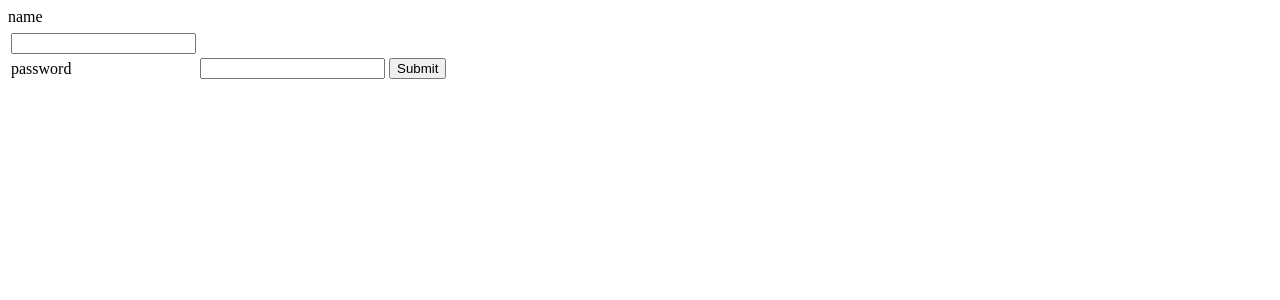
Repository: viveknaidu007/repo-118-flask
Page: 1.html
The author's editor kept a copy of each file at every save. The page is drawn from the files as they stood at one save, then again after the next save.
The browser window is 1280 px wide. The pictures show the whole page.

Above is the page before, as saved 2024-06-26 01:56:35.

### 1.html
<html>
    <body>
        <form action="http://localhost:5000/login" method="get">
            <table>
                <tr> <tr> name</tr>
                <td><input type="text" name="uname"></td></tr>
                <tr><td>password</td>
                <td><input type="password" name="pass"></td>
                <td><input type = "submit"></td>
            </table>
        </form>
    </body>
</html>

After the next save:
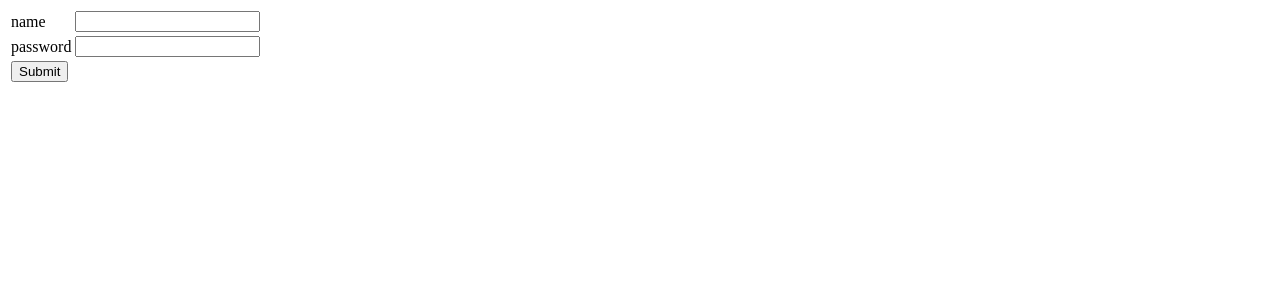
Saved 118 s later.
--- a/1.html
+++ b/1.html
@@ -2,11 +2,11 @@
     <body>
         <form action="http://localhost:5000/login" method="get">
             <table>
-                <tr> <tr> name</tr>
+                <tr><td> name</td>
                 <td><input type="text" name="uname"></td></tr>
                 <tr><td>password</td>
-                <td><input type="password" name="pass"></td>
-                <td><input type = "submit"></td>
+                <td><input type="password" name="pass"></td></tr>
+                <tr><td><input type = "submit"></td></tr>
             </table>
         </form>
     </body>
